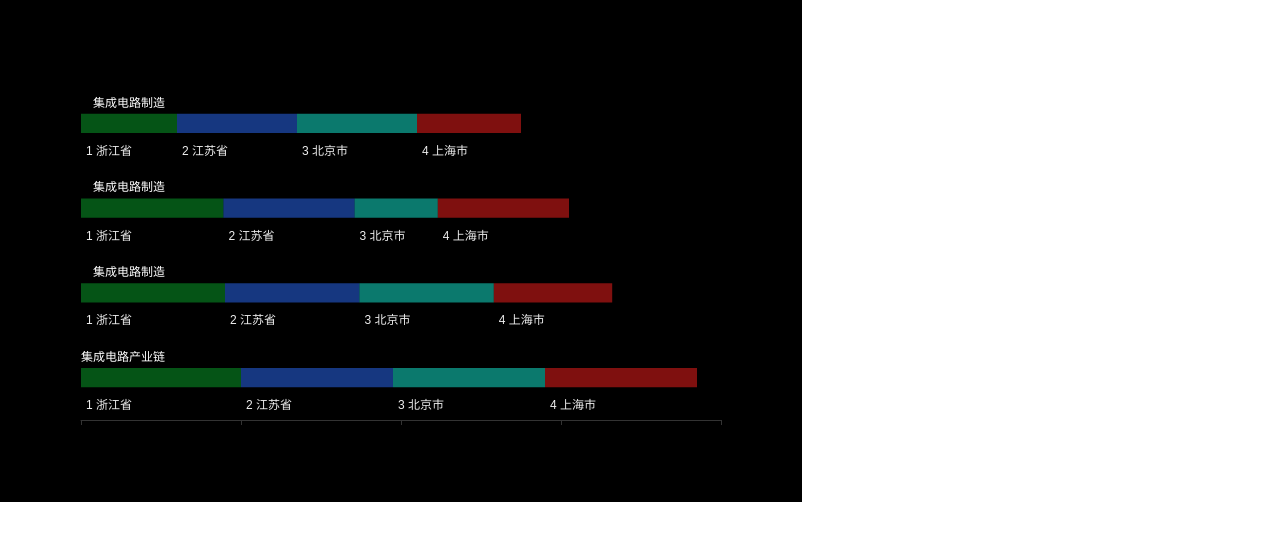
Repository: 572031690/echartproj
Page: /#/test
These files come from the project's save history. The page is drawn as it stood at one moment and after the next save; the edit follows.
The browser window is 1280 px wide. The pictures show the whole page.
The project was rebuilt for these pictures with package versions that can differ from the ones it lists, and the page was loaded fresh each time. Also part of the build but not shown: vue.config.js, src/components/Seller.vue, src/views/SellerPage.vue, src/utils/theme_utils.js, src/components/Trend.vue, src/views/TrendPage.vue, src/utils/map_utils.js, src/components/Map.vue and 9 more.

Above is the page before, as saved 2021-08-03 11:51:36.

### public/index.html
<!DOCTYPE html>
<html lang="en">
  <head>
    <meta charset="utf-8">
    <meta http-equiv="X-UA-Compatible" content="IE=edge">
    <meta name="viewport" content="width=device-width,initial-scale=1.0">
    <link rel="icon" href="<%= BASE_URL %>favicon.ico">
    <title><%= htmlWebpackPlugin.options.title %></title>
  </head>
  <body>
    <noscript>
      <strong>We're sorry but <%= htmlWebpackPlugin.options.title %> doesn't work properly without JavaScript enabled. Please enable it to continue.</strong>
    </noscript>
    <div id="app"></div>
    <!-- built files will be auto injected -->
    <!-- 一旦通过script标签引入的echarts.js的文件之后呢, window.echarts -->
    <script src="static/lib/echarts.min.js"></script>
    <!-- 引入主题的js文件 -->
    <script src="static/theme/chalk.js"></script>
    <script src="static/theme/vintage.js"></script>
  </body>
</html>

### src/main.js
import Vue from 'vue'
import App from './App.vue'
import router from './router'
import store from './store'
// 引入字体的文件
import './assets/font/iconfont.css'
// 引入全局的样式文件
import './assets/css/global.less'
import axios from 'axios'
import SocketService from './utils/socket_service'

// 调用socket **********
// import SocketService from '@/utils/socket_service'
// 对服务端进行webSocket连接 *********
// SocketService.Instance.connect()
// Vue.prototype.$socket = SocketService.Instance

// 请求基准路径的配置
axios.defaults.baseURL = 'http://127.0.0.1:8888/api/'
// 将axios挂载到Vue的原型对象上
// 在别的组件中 this.$http
Vue.prototype.$http = axios

// 将全局的echarts对象挂载到Vue的原型对象上
// 别的组件中 this.$echarts
Vue.prototype.$echarts = window.echarts

Vue.config.productionTip = false

new Vue({
  router,
  store,
  render: h => h(App)
}).$mount('#app')

### src/App.vue
<template>
  <div id="app">
    <!-- 路由占位符 -->
    <router-view></router-view>
  </div>
</template>

<style lang="less">

</style>

### src/router/index.js
import Vue from 'vue'
import VueRouter from 'vue-router'
import SellerPage from '@/views/SellerPage'
import TrendPage from '@/views/TrendPage'
import MapPage from '@/views/MapPage'
import RankPage from '@/views/RankPage'
import HotPage from '@/views/HotPage'
import StockPage from '@/views/StockPage'
import Test from '../components/Test.vue'
import ScreenPage from '@/views/ScreenPage'

Vue.use(VueRouter)

const routes = [
  {
    path: '/',
    redirect: '/screen'
  },
  {
    path: '/screen',
    component: ScreenPage
  },
  {
    path: '/sellerpage',
    component: SellerPage
  },
  {
    path: '/trendpage',
    component: TrendPage
  },
  {
    path: '/mappage',
    component: MapPage
  },
  {
    path: '/rankpage',
    component: RankPage
  },
  {
    path: '/hotpage',
    component: HotPage
  },
  {
    path: '/stockpage',
    component: StockPage
  },
  {
    path: '/test',
    component: Test
  }

]

const router = new VueRouter({
  routes
})

export default router

### src/store/index.js
import Vue from 'vue'
import Vuex from 'vuex'

Vue.use(Vuex)

export default new Vuex.Store({
  state: {
    theme: 'chalk'
  },
  mutations: {
    changeTheme (state) {
      if(state.theme === 'chalk'){
        state.theme = 'vintage'
      }else{
        state.theme = 'chalk'
      }
    }
  },
  actions: {
  },
  modules: {
  }
})

### src/assets/css/global.less
html, body, #app {
  width: 100%;
  height: 100%;
  padding: 0;
  margin: 0;
  overflow: hidden;
}

.com-page {
  width: 100%;
  height: 100%;
  overflow: hidden;
}

.com-container {
  width: 100%;
  height: 100%;
  overflow: hidden;
  position: relative;
}

.com-chart {
  width: 100%;
  height: 100%;
  overflow: hidden;
}

canvas {
  border-radius: 20px;
}

/*无法选中图片文字方法*/
span,div,img{
  user-select:none;
}

### src/utils/socket_service.js
export default class SocketService {
    // 单例的设计模式
    //如果别人通过get Instance 来的到我的实例对象 那我只会给他返回同一个实例对象
    static instance = null
    static get Instance() {
        if (!this.instance) {
            this.instance = new SocketService()
        }
        return this.instance
    }

    //和服务端连接的socket对象
    ws = null
    //存储回调函数
    callBackMapping = {}
    //定义连接服务器的方法
    connect() {
        //连接服务器
        if (!window.WebSocket) {
            return console.log('你的浏览器不支持WebSocket');
        }
        this.ws = new WebSocket('ws://localhost:9998')

        //连接服务端成功
        this.ws.onopen = () => {
            console.log('连接服务端成功');
        }
        //连接服务端失败
        this.ws.onclose = () => {
            console.log('连接服务端失败');
        }
        //得到服务端发送过来的数据
        this.ws.onmessage = msg => {
            console.log('从服务端获取数据');
            //得到的数据在msg的data里面
            // console.log(msg.data);
            const recvData = JSON.parse(msg.data)
            const socketType = recvData.socketType
            //判断回调函数是否存在
            if(this.callBackMapping[socketType]){
                const action = recvData.action
                if(action === 'getData') {
                    const realData = JSON.parse(recvData.data)
                    this.callBackMapping[socketType]
                }else if( action === 'fullScreen') {

                }else if(action === 'themeChange') {

                }
            }
        }
    }
    //回调函数的注册
    registerCallBack(socketType, callBack) {
        this.callBackMapping[socketType] = callBack
    }
    //取消某一个回调函数
    unRegisterCallBack(socketType) {
        this.callBackMapping[socketType] = null
    }

}

### src/components/Test.vue
<template>
  <div class="line-chart" ref="mybar">
    123
  </div>
</template>

<script>
export default {
  mounted() {
    this.getData()
    this.initChart()
  },
  data() {
    return {
      chartInstance: null,
      seriesData: [100, 120, 140, 90, 90, 80],
      barChart: {
        xAxisData: ['类别1', '类别2', '类别3', '类别4'],
        dataList: []
      },

      chartData1: [
        { rank: 1, name: '浙江省', value: 100 },
        { rank: 1, name: '江苏省', value: 90 },
        { rank: 1, name: '北京市', value: 89 },
        { rank: 1, name: '上海市', value: 60 }
      ],
      chartData2: [
        { rank: 2, name: '浙江省', value: 95 },
        { rank: 2, name: '江苏省', value: 84 },
        { rank: 2, name: '北京市', value: 82 },
        { rank: 2, name: '上海市', value: 75 }

      ],
      chartData3: [
        { rank: 3, name: '浙江省', value: 95 },
        { rank: 3, name: '江苏省', value: 84 },
        { rank: 3, name: '北京市', value: 52 },
        { rank: 3, name: '上海市', value: 75 }

      ],
      chartData4: [
        { rank: 4, name: '浙江省', value: 95 },
        { rank: 4, name: '江苏省', value: 74 },
        { rank: 4, name: '北京市', value: 82 },
        { rank: 4, name: '上海市', value: 65 }

      ],
      chartData5: [
        { rank: 5, name: '浙江省', value: 85.5 },
        { rank: 5, name: '江苏省', value: 44 },
        { rank: 5, name: '北京市', value: 72 },
        { rank: 5, name: '上海市', value: 75 }

      ],
      yAxisData: ['集成电路产业链', '集成电路制造', '集成电路制造', '集成电路制造']
    }
  },
  methods: {
    initChart() {
      const colorArr1 = [
        'rgba(11, 168, 44, 0.5)',
        'rgba(44, 110, 255, 0.5)',
        'rgba(22, 242, 217, 0.5)',
        'rgba(254, 33, 30, 0.5)',
        'rgba(250, 105, 0, 0.5)'
      ]
      const ChartsData = [
        {
          name: '第一列',
          data: this.chartData1
        },
        {
          name: '第一列',
          data: this.chartData2
        },
        {
          name: '第一列',
          data: this.chartData3
        },
        {
          name: '第一列',
          data: this.chartData4
        },
        {
          name: '第一列',
          data: this.chartData5
        }
      ]
      var serises = ChartsData.map((item, index) => {
        if (item.data[index]) {
          return {
            name: item.data[index].name,
            stack: '类1',
            barWidth: '23%', // 宽度
            itemStyle: {
              color: arg => {
                return colorArr1[arg.componentIndex]
              }
            },
            data: [item.data[0].value, item.data[1].value, item.data[2].value, item.data[3].value],
            type: 'bar',
            label: {
              show: true,
              position: [5, 32],
              textStyle: {
                color: '#eee',
                fontSize: 12
              },
              formatter: arg => {
                return arg.seriesIndex + 1 + ' ' + item.data[index].name
              }
            }
          }
        }
      })
      // console.log(serises)
      const chartInstance = this.$echarts.init(this.$refs.mybar)
      const option = {
        tooltip: {
          formatter: arg => {
            console.log(arg, '1111111111')
            return arg.seriesName + ' ' + arg.value
          }
        },
        grid: [
          {
            top: 80,
            bottom: 81
          }
        ],
        xAxis: [
          {
            type: 'value',
            // gridIndex: 0,
            axisLabel: {
              // 刻度标签文字
              show: false
            },
            splitLine: {
              show: false
              // x轴横线

            },
            axisLine: {
              // 设置轴线
              show: true
            },
            axisTick: {
              show: true // 是否显示坐标轴刻度。
            }
          }
        ],
        yAxis: [
          {
            type: 'category',
            data: this.yAxisData,
            // gridIndex: 0, // x 轴所在的 grid 的索引，默认位于第一个 grid。
            axisLabel: {
              color: '#fff', // 刻度标签文字的颜色
              padding: [0, 0, 40, 0]
            },
            offset: -92,
            axisLine: {
              onZero: false,
              // 设置轴线
              show: false
            },
            axisTick: {
              show: false // 是否显示坐标轴刻度。
            }
          }
        ],
        series: serises
        // series: [
        //   {
        //     name: '111',
        //     rank: 1,
        //     stack: '类1',
        //     barWidth: '30%', // 宽度
        //     itemStyle: {
        //       color: '#3366cc'
        //     },
        //     data: [50, 25, 68, 45],
        //     type: 'bar',
        //     label: {
        //       show: true,
        //       position: [5, 24],
        //       textStyle: {
        //         color: '#eee',
        //         fontSize: 12
        //       },
        //       formatter: arg => {
        //         console.log(arg)
        //         return this.seriesData[arg.dataIndex]
        //       }
        //     }
        //   }
        //   {
        //     label: {
        //       show: true,
        //       position: [5, 24],
        //       textStyle: {
        //         color: '#eee',
        //         fontSize: 12
        //       },
        //       formatter: arg => {
        //         console.log(arg)
        //         return this.seriesData[arg.dataIndex]
        //       }
        //     },
        //     stack: '类1',
        //     xAxisIndex: 0,
        //     barWidth: '30%', // 宽度
        //     itemStyle: {
        //       color: '#33ccff'
        //     },
        //     data: [51, 78, 65, 42],
        //     type: 'bar'
        //   }
        // ]
      }
      chartInstance.setOption(option)
    },
    getData() {
      let sum = 0
      this.seriesData.forEach(item => (sum += item))
      const aver = sum / this.seriesData.length
      // console.log(aver)
      this.barChart.dataList[0] = this.seriesData.map(item => {
        if (item > aver) return item - aver
        else return 0
      })
      this.barChart.dataList[1] = this.seriesData.map(item => {
        if (item > aver) return aver
        else return item
      })
      // console.log(this.barChart.dataList)
    }
  }
}
</script>

<style>
.line-chart {
  width: 800px;
  height: 500px;
  border: 1px solid black;
  background: #000;
}
</style>

Loaded but not shown: src/assets/font/iconfont.css (common file); public/static/lib/echarts.min.js (library); public/static/theme/chalk.js (521 lines, source omitted); public/static/theme/vintage.js (521 lines, source omitted)

After the next save:
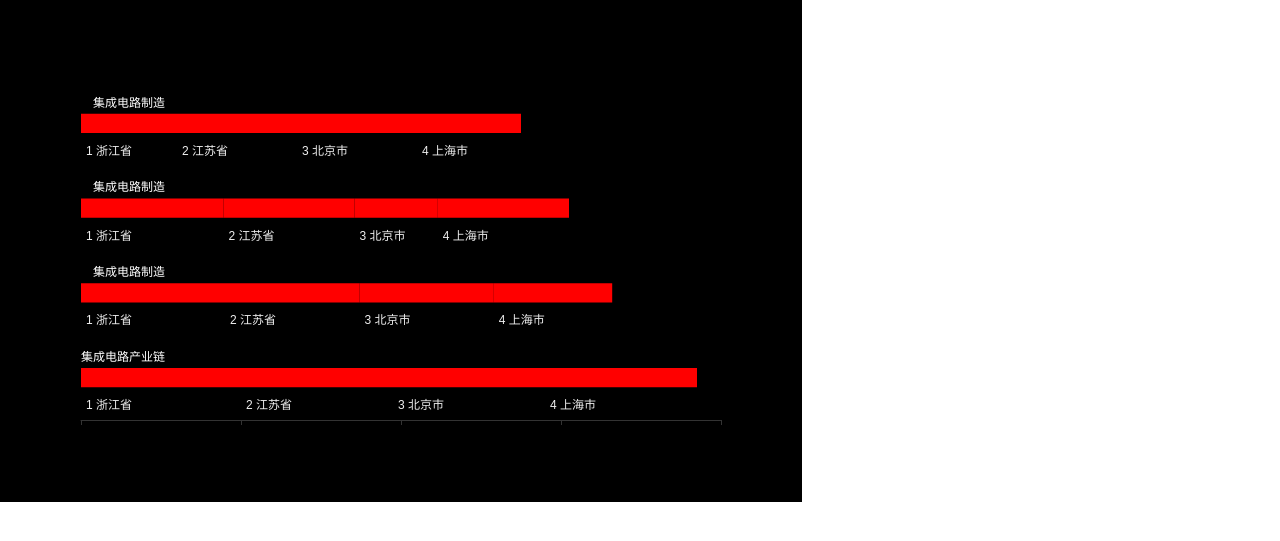
Saved 108 s later.
--- a/src/components/Test.vue
+++ b/src/components/Test.vue
@@ -109,6 +109,16 @@
               },
               formatter: arg => {
                 return arg.seriesIndex + 1 + ' ' + item.data[index].name
+              }
+            },
+            itemStyle: {
+              normal: {
+                color: 'red'
+              },
+              emphasis: {
+                borderWidth: 5,
+                borderType: 'solid',
+                borderColor: 'red'
               }
             }
           }

After the save that followed:
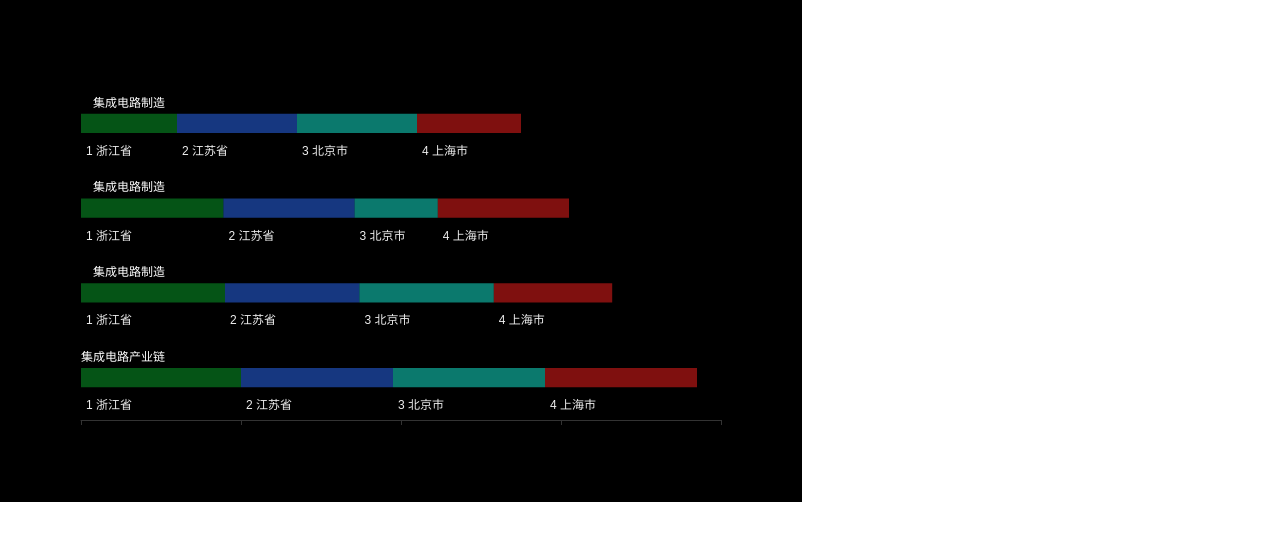
Saved 29 s later.
--- a/src/components/Test.vue
+++ b/src/components/Test.vue
@@ -96,6 +96,11 @@
             itemStyle: {
               color: arg => {
                 return colorArr1[arg.componentIndex]
+              },
+              emphasis: {
+                borderWidth: 5,
+                borderType: 'solid',
+                borderColor: 'red'
               }
             },
             data: [item.data[0].value, item.data[1].value, item.data[2].value, item.data[3].value],
@@ -110,17 +115,17 @@
               formatter: arg => {
                 return arg.seriesIndex + 1 + ' ' + item.data[index].name
               }
-            },
-            itemStyle: {
-              normal: {
-                color: 'red'
-              },
-              emphasis: {
-                borderWidth: 5,
-                borderType: 'solid',
-                borderColor: 'red'
-              }
             }
+            // itemStyle: {
+            //   normal: {
+            //     color: 'red'
+            //   },
+            //   emphasis: {
+            //     borderWidth: 5,
+            //     borderType: 'solid',
+            //     borderColor: 'red'
+            //   }
+            // }
           }
         }
       })
